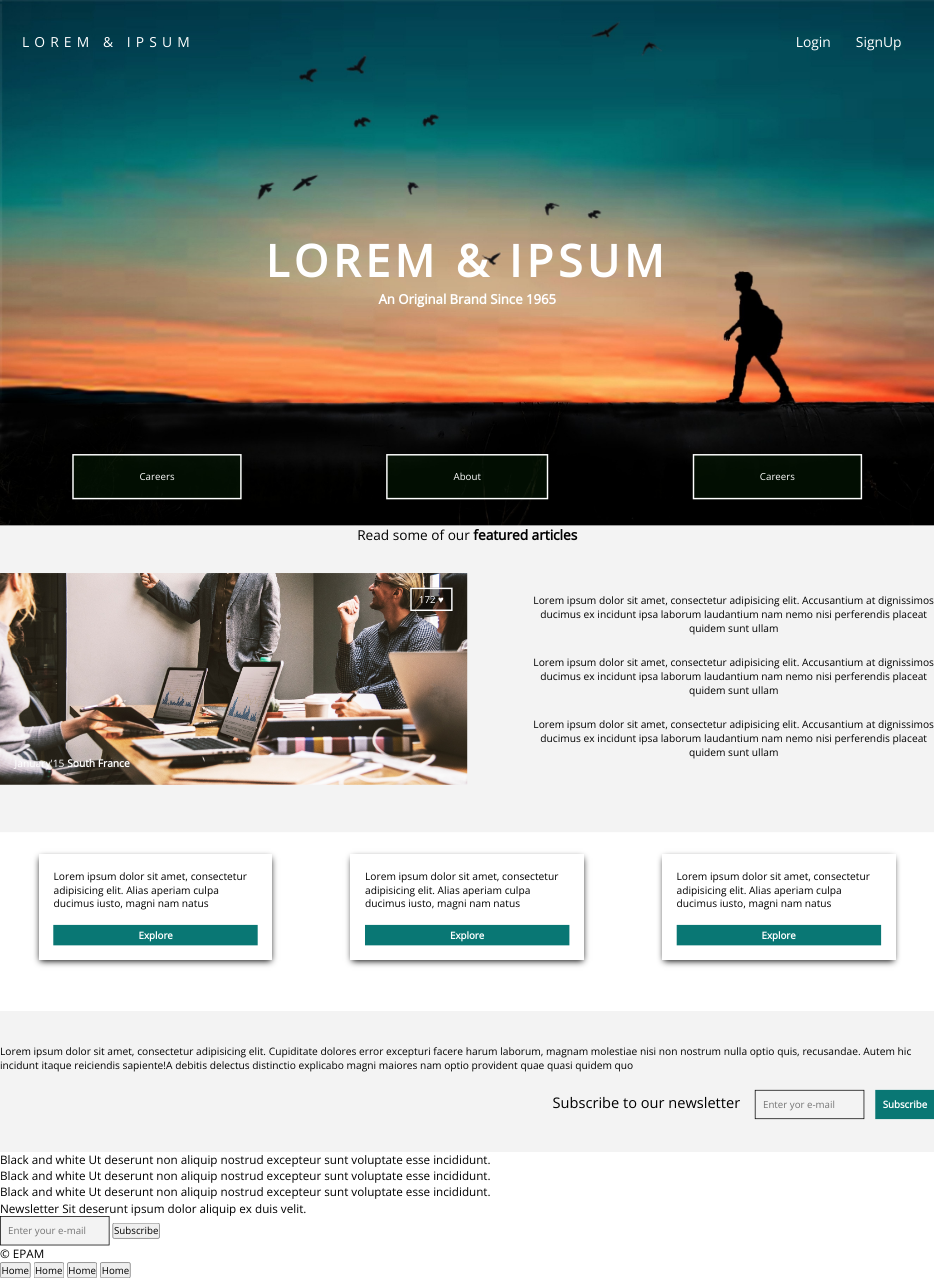
Repository: M1shkaBear/FLX
Page: FLX_homework_4/homework/index.html
These files come from the project's save history. The page is drawn as it stood at one moment and after the next save; the edit follows.
The browser window is 1280 px wide. The pictures show the whole page, at 73% of full size.

Above is the page before, as saved 2019-01-29 23:22:49.

After the next save:
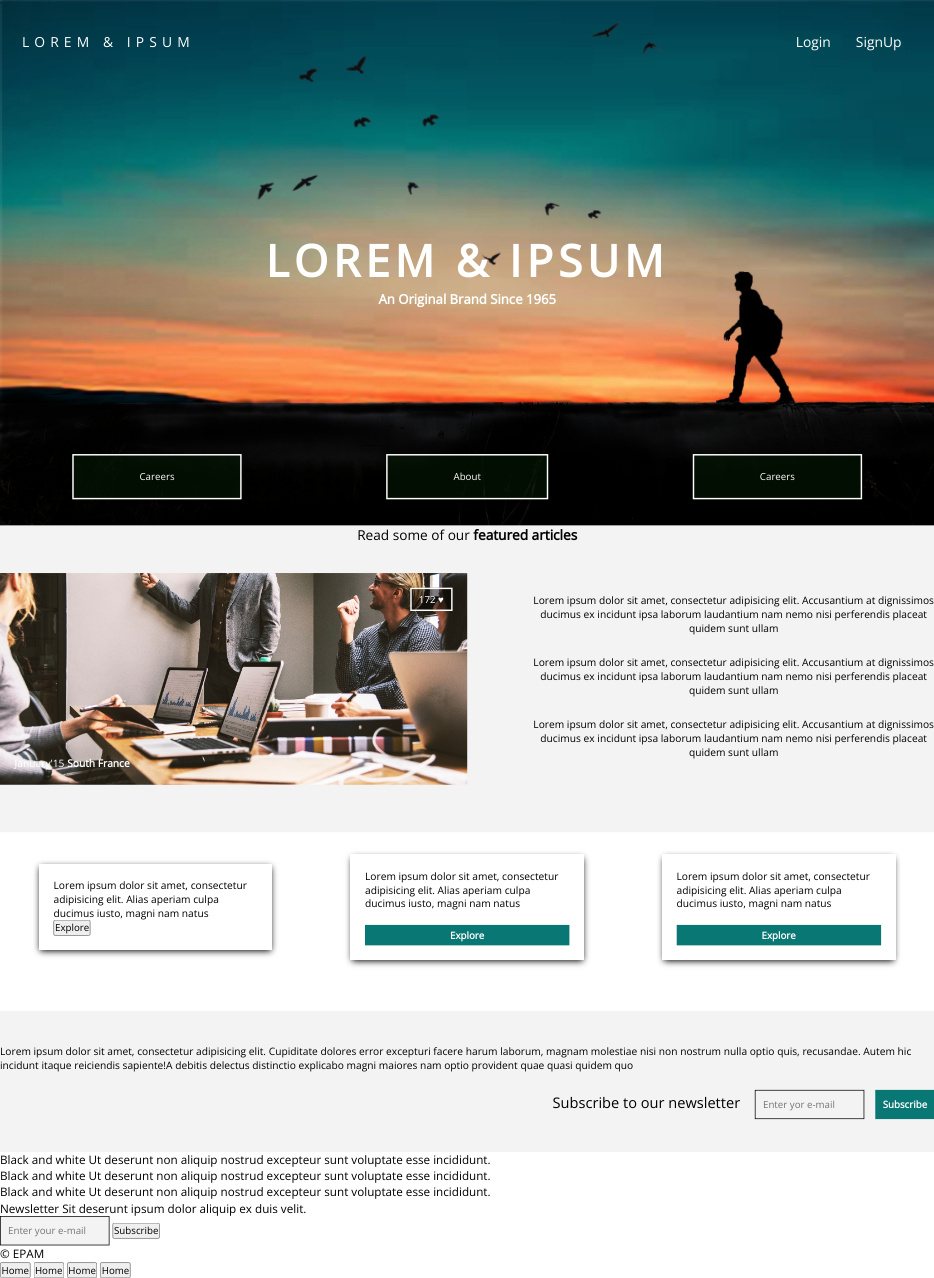
Saved 15 s later.
--- a/FLX_homework_4/homework/index.html
+++ b/FLX_homework_4/homework/index.html
@@ -67,7 +67,7 @@
               Lorem ipsum dolor sit amet, consectetur adipisicing elit. Alias
               aperiam culpa ducimus iusto, magni nam natus
             </p>
-            <button class="item-btn">Explore</button>
+            <button class="thisbtn">Explore</button>
           </div>
           <div class="this">
             <p>
